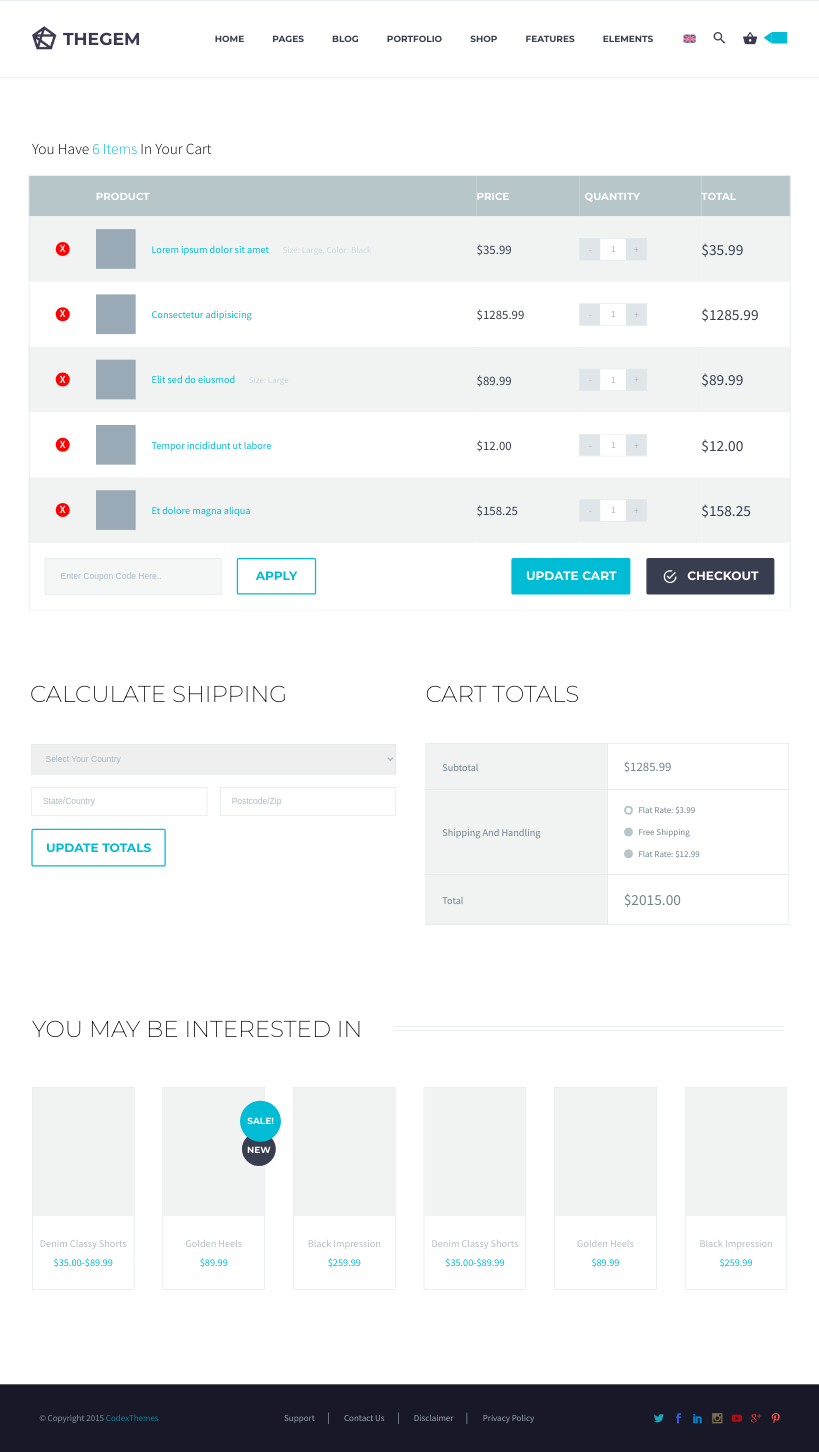
Repository: flylessbird/shop_cart
Page: html/page.html
An editor plug-in stored every save of this project. The page is shown before and after the next save, followed by the edit.
The browser window is 1280 px wide. The pictures show the whole page, at 64% of full size.
The style sheet was rebuilt from its Sass, Less or Tailwind sources for each picture, by a compiler version that may differ from the author's.

Above is the page before, as saved 2022-05-16 16:16:59.

After the next save:
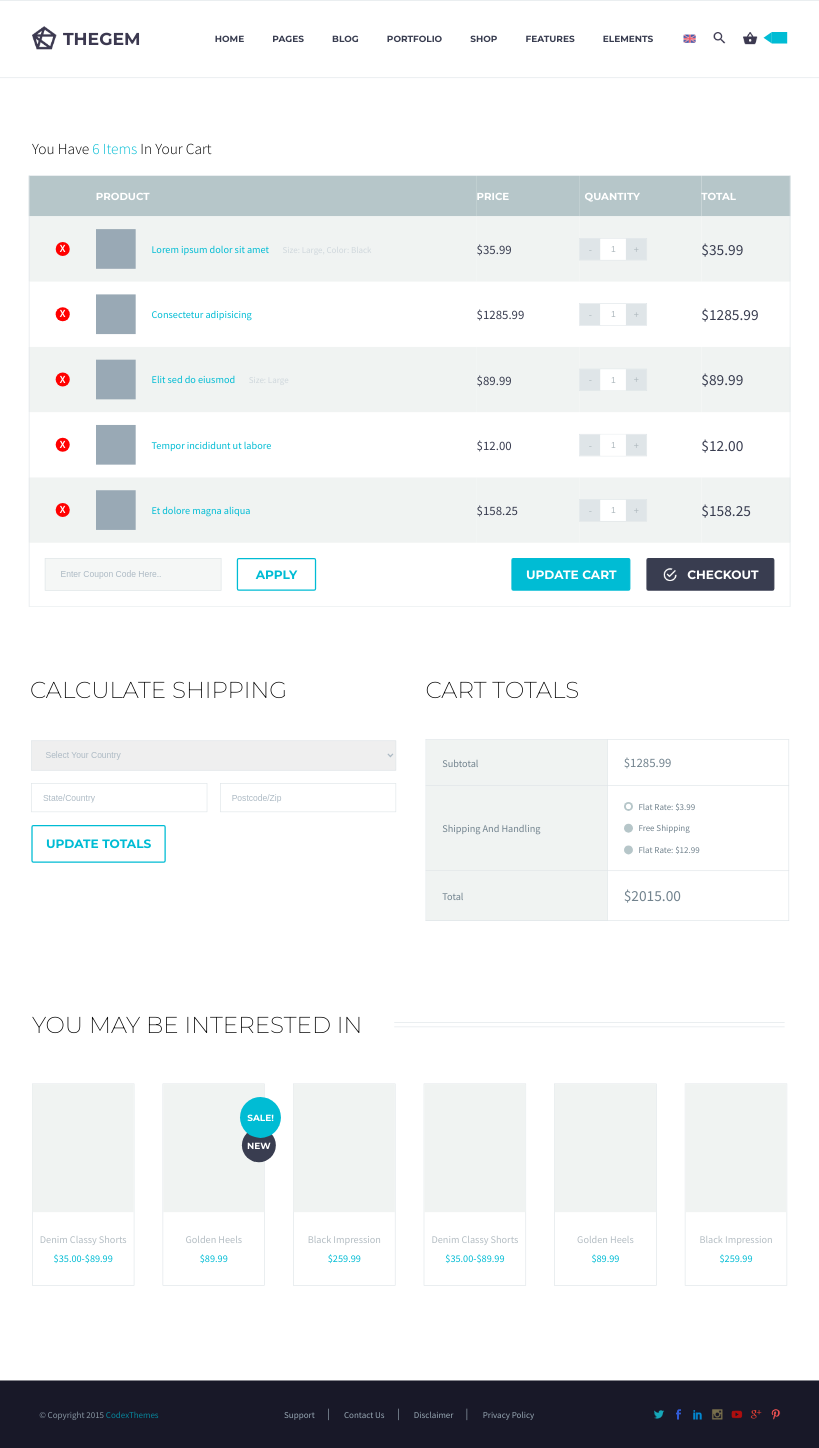
Saved 39 s later.
--- a/css/page.scss
+++ b/css/page.scss
@@ -261,7 +261,7 @@
         input {
           width: 276px;
           text-transform: capitalize;
-          padding: 20px 24px;
+          padding: 17px 24px;
           border: 1px solid $grey_bd;
           background: $grey_bg_input;
           &::placeholder {
